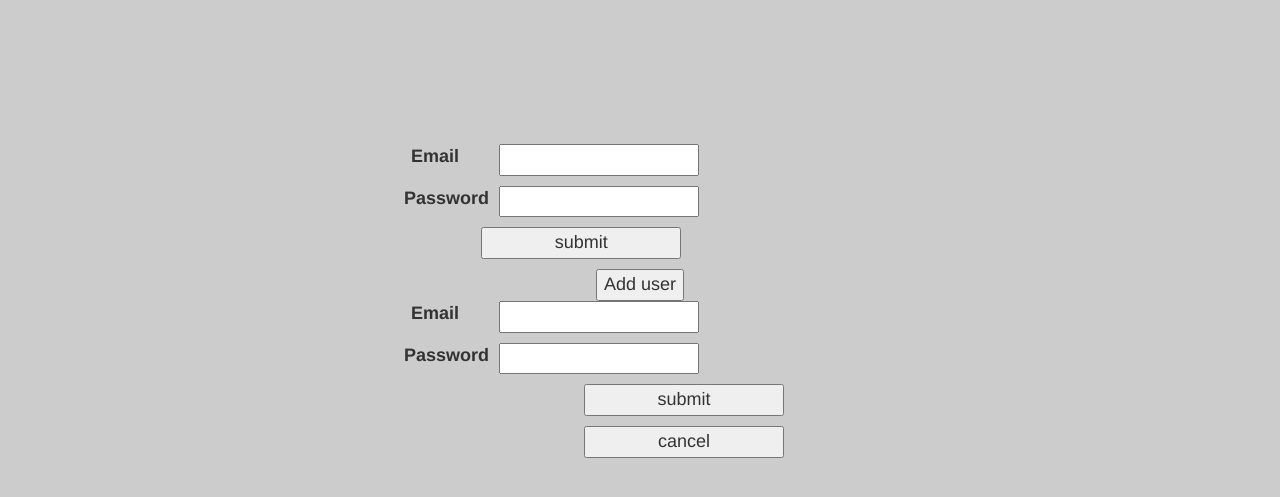
Repository: marijabroceta/ProjekatIB
Page: IB_Project_Shell/src/main/resources/static/index.html
These files come from the project's save history. The page is drawn as it stood at one moment and after the next save; the edit follows.
The browser window is 1280 px wide. The pictures show the whole page.

Above is the page before, as saved 2018-07-01 00:25:16.

### IB_Project_Shell/src/main/resources/static/index.html
<!DOCTYPE html>
<html>

<head>
<!--  <script type="text/javascript" src="js/main.js"></script>
<script src="https://ajax.googleapis.com/ajax/libs/jquery/3.3.1/jquery.min.js"></script>-->
<title>Login</title>
	<script src="js/jquery-2.1.4.min.js"></script>
	<link rel="stylesheet" type="text/css" href="bootstrap/css/bootstrap.min.css"/>
    <script src="bootstrap/js/bootstrap.min.js"></script>
    <link rel="stylesheet" type="text/css" href="css/login.css">
    <script src="js/login.js" type="text/javascript"></script>
</head>
<body>
	<!--  <a href="./user_content/cat.jpg" download>Download link for static
		files</a>
	<button type="button"  onclick="download()">Download link for
		target/files files</button>-->
	<div id="forms">
		<div id="login_form">
		    <form name="login" method="post" id="login">
		       	<label for="email">Email</label>
		 		<input type="text" id="email" name="email"><br>
		 		<label for="password">Password</label>
		 		<input type="password" id="password" name="password"><br>
		 		<input type="submit" name="submit" id="submit" value="submit" class="button" /><br/>
		    </form>
		 </div>
		 <button id="add_user">Add user</button>
	    <div id="add_form">
				<form name="add_user_form" method="post" id="add_user_form">
			       	<label id="email_lbl" for="email">Email</label>
			 		<input type="text" id="email_txt" name="email"><br>
			 		<label id="pass_lbl" for="password">Password</label>
			 		<input type="password" id="password_txt" name="password"><br>
			 		<input type="submit" name="submit" id="submit_add" value="submit" class="button" /><br>
			 		<input type="button" name="cancel" id="cancel_add" value="cancel" class="button" />
		    	</form>
			</div>
	</div>
</body>

</html>

### IB_Project_Shell/src/main/resources/static/css/login.css
#forms{
	position: absolute;
    top: 20%;
    left: 30%;
    right: 30%;
    bottom: 20%;
    font-size: 18px;
}



body {
    text-align: center;
    background: #ccc;
}
/*form {
    display: inline-block;
}*/

label,input {
 display: block;
 width: 200px;
 float: left;
 margin-left: 20px;
 margin-bottom: 10px;
}

label {
 text-align: right;
 width: 75px;
 padding-right: 20px;
}



br {
 clear: left;
}

#submit{
	margin-left: 19%;

}

#submit_add,#cancel_add{
	margin-left:200px;
}

### IB_Project_Shell/src/main/resources/static/js/login.js
$(document).ready(function(){

	var submit = $('#submit');

	submit.on('click',function(e) {
		login();

		e.preventDefault();
		return false;
	})

});

function login(){
	var email = $('#email').val().trim();
	var password = $('#password').val().trim();
	var token = '';

	var data = {
		'username':email,
		'password':password
	}
	console.log(data);

	$.ajax({
		type: 'POST',
        contentType: 'application/json',
        url: 'https://localhost:8443/api/auth/login',
        data: JSON.stringify(data),
        dataType: 'json',
        crossDomain: true,
		cache: false,
		processData: false,
		success:function(response){
			var token = response.access_token;
			console.log(token);
			console.log(response);

			localStorage.setItem("token",token);
			window.location.href = "main_page.html";
		},
		error: function (jqXHR, textStatus, errorThrown) {
			alert(textStatus);
		}
	});
}

Loaded but not shown: IB_Project_Shell/src/main/resources/static/js/jquery-2.1.4.min.js (library); IB_Project_Shell/src/main/resources/static/bootstrap/css/bootstrap.min.css (library); IB_Project_Shell/src/main/resources/static/bootstrap/js/bootstrap.min.js (library)

After the next save:
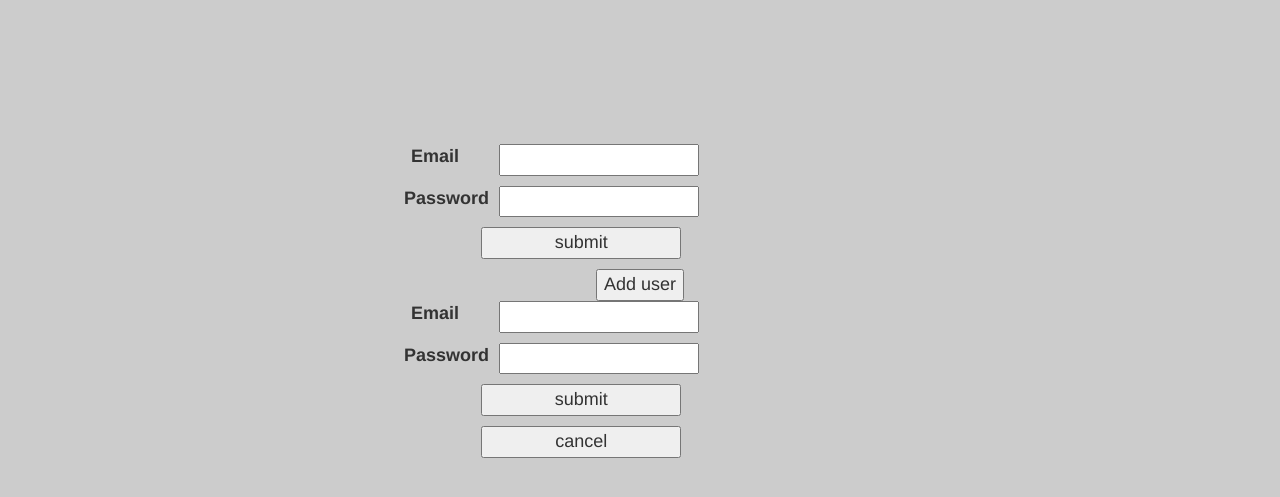
Saved 18 s later.
--- a/IB_Project_Shell/src/main/resources/static/css/login.css
+++ b/IB_Project_Shell/src/main/resources/static/css/login.css
@@ -43,5 +43,5 @@
 }
 
 #submit_add,#cancel_add{
-	margin-left:200px;
+	margin-left:19%;
 }

After the save that followed:
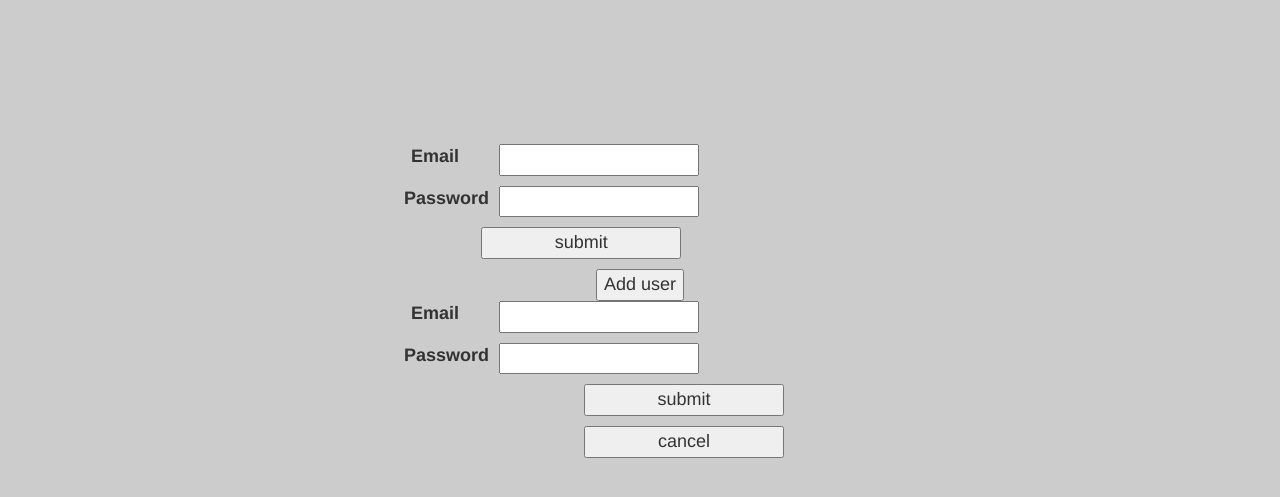
Saved 29 s later.
--- a/IB_Project_Shell/src/main/resources/static/css/login.css
+++ b/IB_Project_Shell/src/main/resources/static/css/login.css
@@ -43,5 +43,5 @@
 }
 
 #submit_add,#cancel_add{
-	margin-left:19%;
+	margin-left: 200px;
 }
